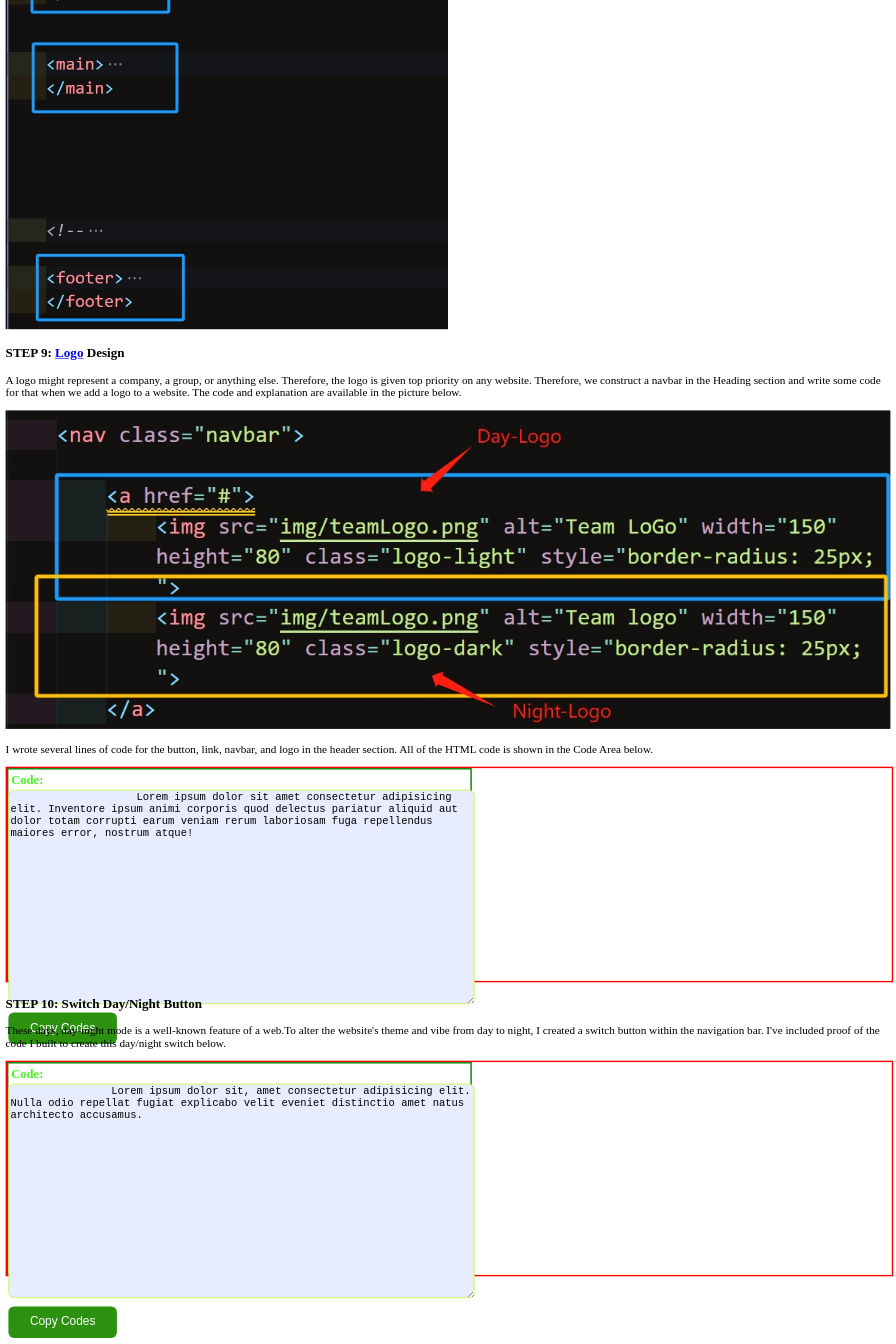
Repository: NexMaker-Fab/2023zjudem-INNOGENIUSES
Page: build web/page.html
The author's editor kept a copy of each file at every save. The page is drawn from the files as they stood at one save, then again after the next save.
The browser window is 1280 px wide. The pictures show the part of the page from y = 2595 to 4515 px (the page is 4515 px tall before and 4509 px after), at 70% of full size.

Above is the page before, as saved 2023-11-27 20:15:50.

After the next save:
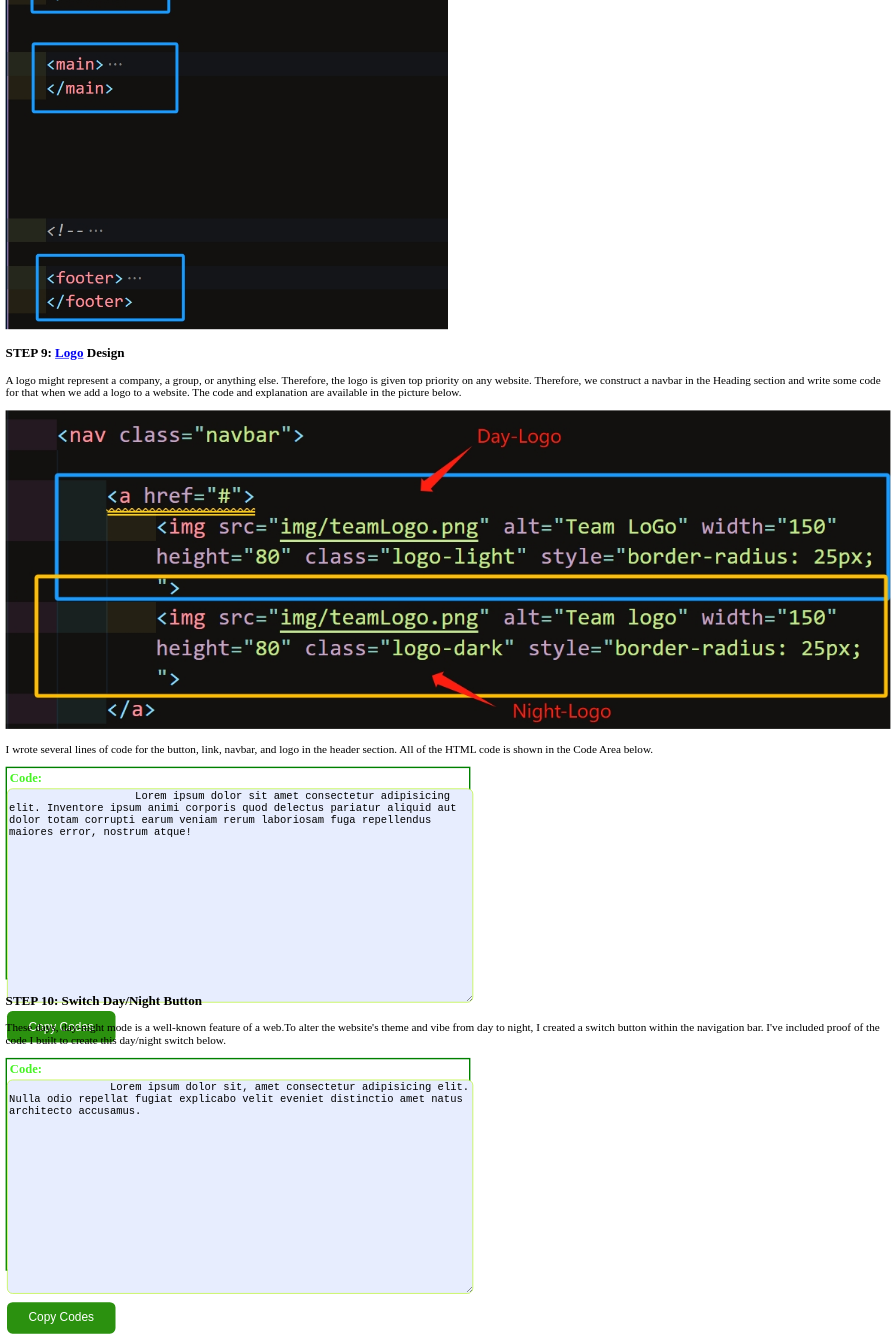
Saved 20 s later.
--- a/build web/page.css
+++ b/build web/page.css
@@ -1,9 +1,3 @@
-.code-boxes {
-    height: 100%;
-    width: 100%;
-    border: 2px solid red;
-}
-
 .code-boxes .code-box {
     height: 300px;
     max-width: 660px;

After the save that followed:
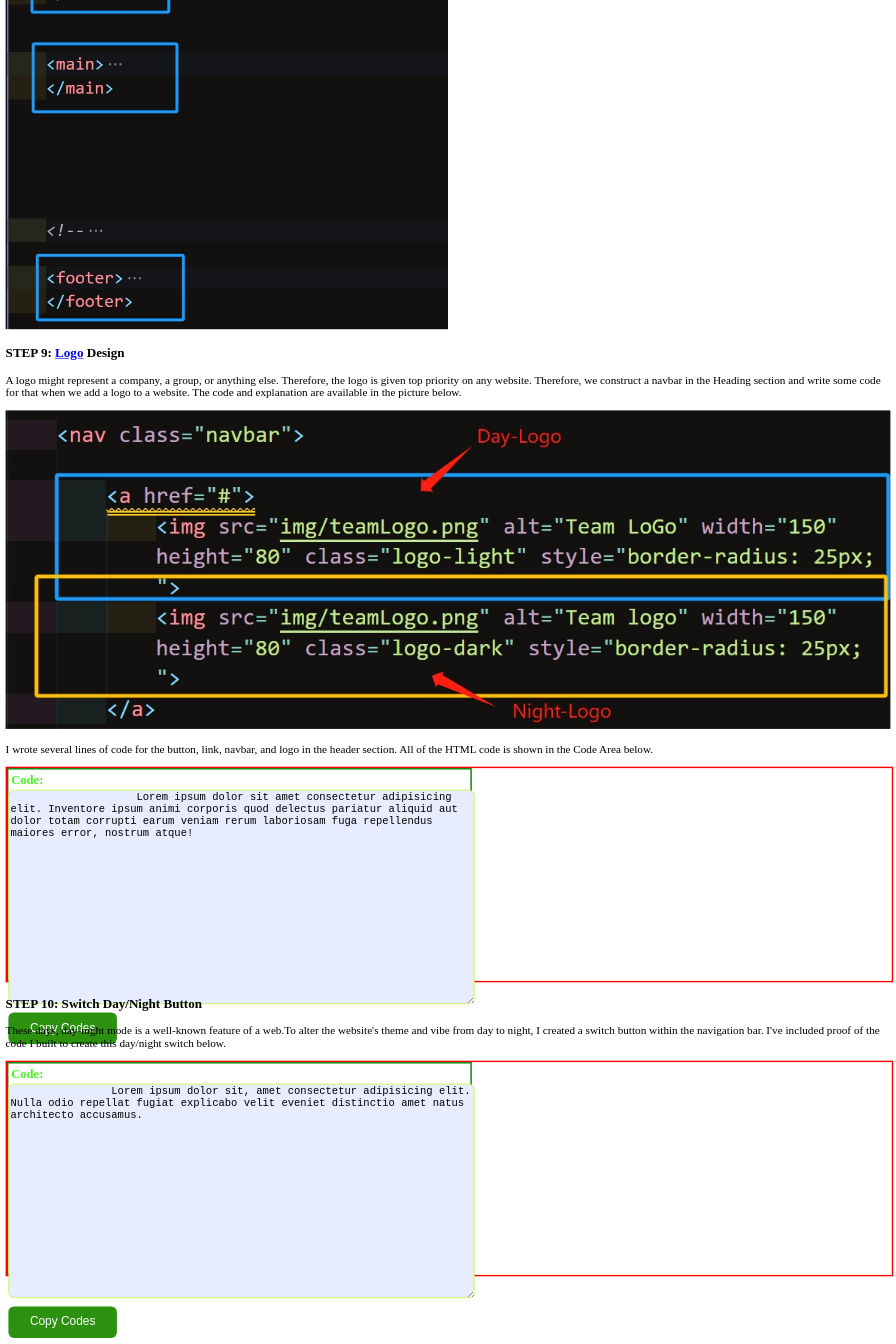
Saved 9 s later.
--- a/build web/page.css
+++ b/build web/page.css
@@ -1,3 +1,9 @@
+.code-boxes {
+    height: 100%;
+    width: 100%;
+    border: 2px solid red;
+}
+
 .code-boxes .code-box {
     height: 300px;
     max-width: 660px;
